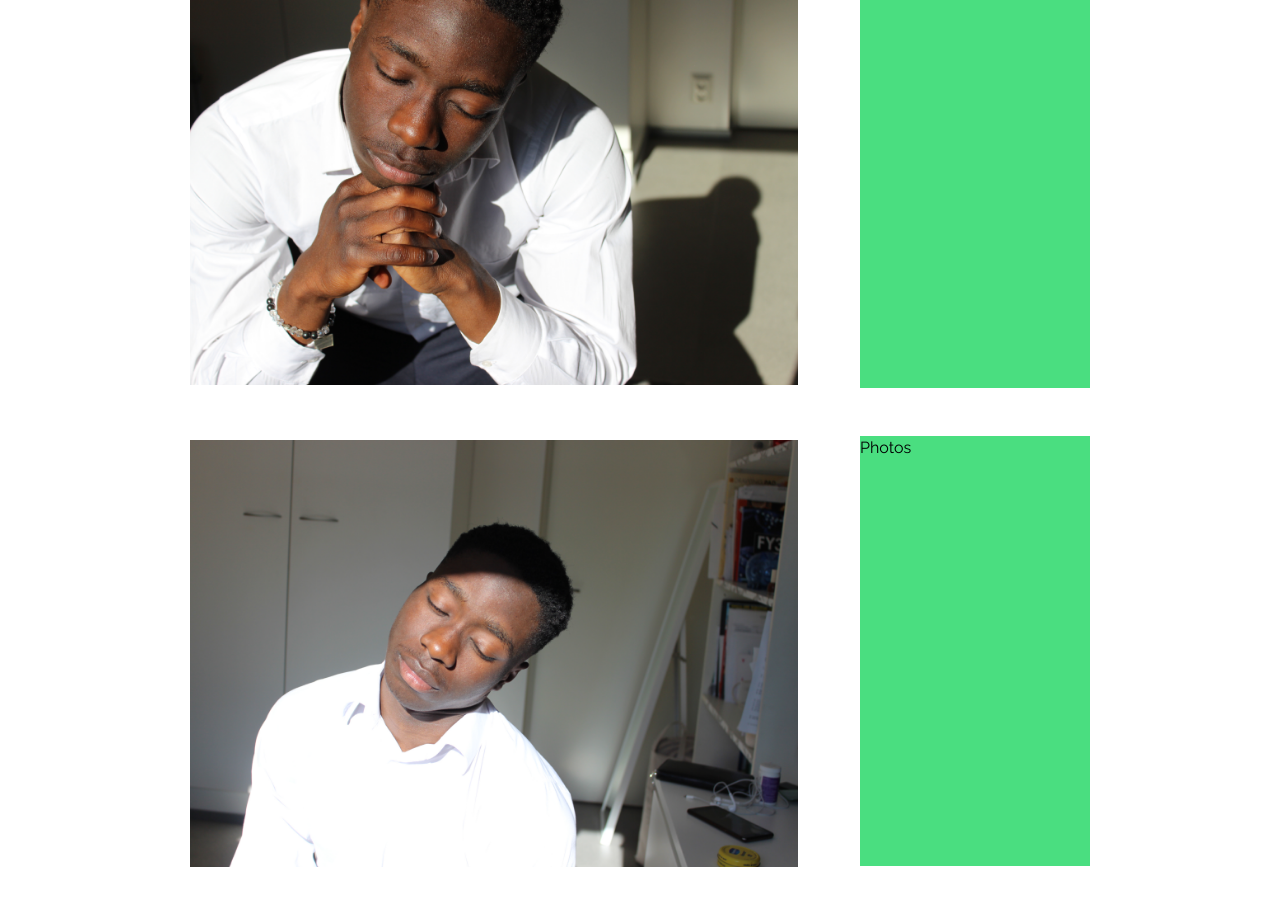
Repository: Graquick/Blog
Page: /photos
An editor plug-in stored every save of this project. The page is shown before and after the next save, followed by the edit.
The browser window is 1280 px wide. The pictures show the whole page.
The project was rebuilt for these pictures with package versions that can differ from the ones it lists, and the page was loaded fresh each time. The framework's server and built-in components were replaced by stand-ins that run in the browser. Also part of the build but not shown: next.config.js, components/Footer.js.

Above is the page before, as saved 2022-07-07 14:20:29.

### pages/_app.js
import React, { useState, useEffect, useRef, useCallback } from 'react';
import { AnimatePresence } from 'framer-motion'
import { ThemeProvider } from 'next-themes'
import { useRouter } from 'next/router'
import '../styles/globals.css'

function MyApp({ Component, pageProps }) {
  const timeoutRef = useRef();

  const clearTimer = useCallback(
    () => clearTimeout(timeoutRef.current),
    []
  );

  // useEffect(() => {
  //   if (timeoutRef.current) clearTimer();

  //   timeoutRef.current = setTimeout(() => {
  //     window.scrollTo(0, 0);
  //   }, 10);

  //   return () => {
  //     clearTimer();
  //   };
  // }, [clearTimer]);

  useEffect(() => {
    window.history.scrollRestoration = 'manual'
  }, []);


  return (
    <AnimatePresence>
      <ThemeProvider attribute="class">
        <Component {...pageProps} />
      </ThemeProvider>
    </AnimatePresence>
  )
}

export default MyApp

### pages/_document.js
import { Html, Head, Main, NextScript } from 'next/document'

export default function Document() {
  return (
    <Html>
      <Head />
      <body style={{ fontFamily: "Raleway, Roboto", scrollBehavior: "smooth" }}>
        <Main />
        <NextScript />
      </body>
    </Html>
  )
}

### pages/photos.js
import React, { useState, useEffect, useRef } from 'react';
import Head from 'next/head';
import Image from 'next/image';
import Link from 'next/link';
import { useRouter } from 'next/router';
import { motion, AnimatePresence } from 'framer-motion';
import { Icon } from '@iconify/react';

import profile from '../public/profile.png'
import photo1 from '../public/photo-1.png'
import photo2 from '../public/photo-2.png'

import Footer from "../components/Footer";
import Header from "../components/Header";

const photos = [
    { id: 1, src: photo1 },
    { id: 2, src: photo2 }
]

const desc = [
    { id: 1, title: 'About', src: photo1, desc: "This blog site is built with Next.js and designed by Figma. This website includes photos and posts related to my work." },
    { id: 2, title: 'Photos', src: photo2, desc: "This blog site is built with Next.js and designed by Figma. This website includes photos and posts related to my work."}
]

const layInfo = {
    fixed: "absolute bottom-[4rem] right-0 m-auto flex flex w-[230px] justify-between"
}

export default function Photos() {
  return (
    <>
      <motion.main className="min-h-screen">
          <div className="absolute top-0 bottom-0 left-0 right-0 m-auto w-fit h-fit">
            <Header />
            <div className="w-[900px] h-fit flex justify-between">
              <div>
                {photos.map((img, i) => (
                  <div key={i} className="mb-12">
                    <Image src={img.src}
                      alt="Img"
                      width={608}
                      height={427}
                      blurDataURL={profile}
                      placeholder="blur"
                      priority
                    />
                  </div>
                ))}
              </div>

              <div>
                {desc.map((desc, i) => (
                  <div key={i} className="w-[230px] h-[430px] bg-green-400 flex flex-col justify-between mb-12">
                    <h1>{desc.title}</h1>
                    <p>{desc.text}</p>
                  </div>
                ))}
              </div>

              {/* <div className="w-[230px] h-full flex flex-col justify-between">
                <h1 className="text-[2.25rem] font-bold leading-10">Brima Freeman</h1>
                <div className="h-[215px] flex flex-col justify-between">
                  <p className="text-[.9rem]">Hey, I&apos;m a Frontend Developer based in Finland. I enjoy working with Next.js and crafting beautiful front-end experiences.
                  </p>
                  <p className="text-[.9rem]">
                  This blog site is built with Next.js and designed by Figma. This website includes photos and posts related to my work.
                  </p>
                </div>
                <Footer />
              </div> */}
            </div>
        </div>
      </motion.main>
    </>
  )
}

### styles/globals.css
@import url('https://fonts.googleapis.com/css2?family=Press+Start+2P&family=Raleway:wght@300;400;500;600;700&family=Roboto:wght@300;400;500;700&display=swap');
@tailwind base;
@tailwind components;
@tailwind utilities;

* {
  box-sizing: border-box;
}

html,
body {
  padding: 0;
  margin: 0;
}

### components/Header.js
import React, { useState, useEffect, useRef } from 'react';
import Head from 'next/head';
import Image from 'next/image';
import Link from 'next/link';
import { useRouter } from 'next/router';
import { motion, AnimatePresence } from 'framer-motion';
import { Icon } from '@iconify/react';

const Logo = () => {
    return (
        <div className="w-fit flex justify-center gap-2 cursor-pointer transition-all duration-150 ease-in-out group">
            <div className="text-[1.5rem] font-bold uppercase bg-black text-white w-16 h-16 flex items-end justify-end py-0 px-1 ease-in-out dark:bg-zinc-500 dark:text-zinc-400">bf</div><div className="text-[1.5rem] flex items-end justify-end font-bold uppercase text-black ease-in-out dark:text-zinc-500">
                blog
            </div>
        </div>
    )
}

const links = [
    { id: 1, title: 'About', href: '/'},
    { id: 2, title: 'Photos', href: '/photos'},
    { id: 3, title: 'Posts', href: '/posts'}
]

function Header() {
    const router = useRouter();
  return (
    <>
        <main className="left-0 m-auto right-0 py-8 w-full mb-8 h-[8rem] flex justify-between items-center">
            <div >
                <Logo />
            </div>

            <nav className="h-fit">
                <ul className="flex w-[230px] justify-between">
                    {links.map((links, i) => (
                        <div key={i}>
                            <li className={router.pathname === links.href ? "underline-offset-4 underline" : ""}>
                                <Link href={links.href}>
                                    {links.title}
                                </Link>
                            </li>
                        </div>
                    ))}
                </ul>
            </nav>
        </main>
    </>
  )
}

export default Header

### tailwind.config.js
module.exports = {
  content: [
    "./pages/**/*.{js,ts,jsx,tsx}",
    "./components/**/*.{js,ts,jsx,tsx}",
  ],
  darkMode: "class", // "false" or "media"
  theme: {
    extend: {

    },
    screens: {
      '2xl': {'max': '1440px'},
      // => @media (max-width: 1440px) { ... }

      'xl': {'max': '1024px'},
      // => @media (max-width: 1024px) { ... }

      'lg': {'max': '768px'},
      // => @media (max-width: 768px) { ... }

      'md': {'max': '425px'},
      // => @media (max-width: 425px) { ... }

      'sm': {'max': '375px'},
      // => @media (max-width: 375px) { ... }

      'xs': {'max': '320px'},
      // => @media (max-width: 320px) { ... }
    },
    fontFamily: {
      'raleway': "Raleway, sans-serif",
      'roboto': "Roboto, sans-serif",
      'play': "Press\\ Start\\ 2P, cursive"
    }
  },
  plugins: [require('@tailwindcss/forms')],
}

After the next save:
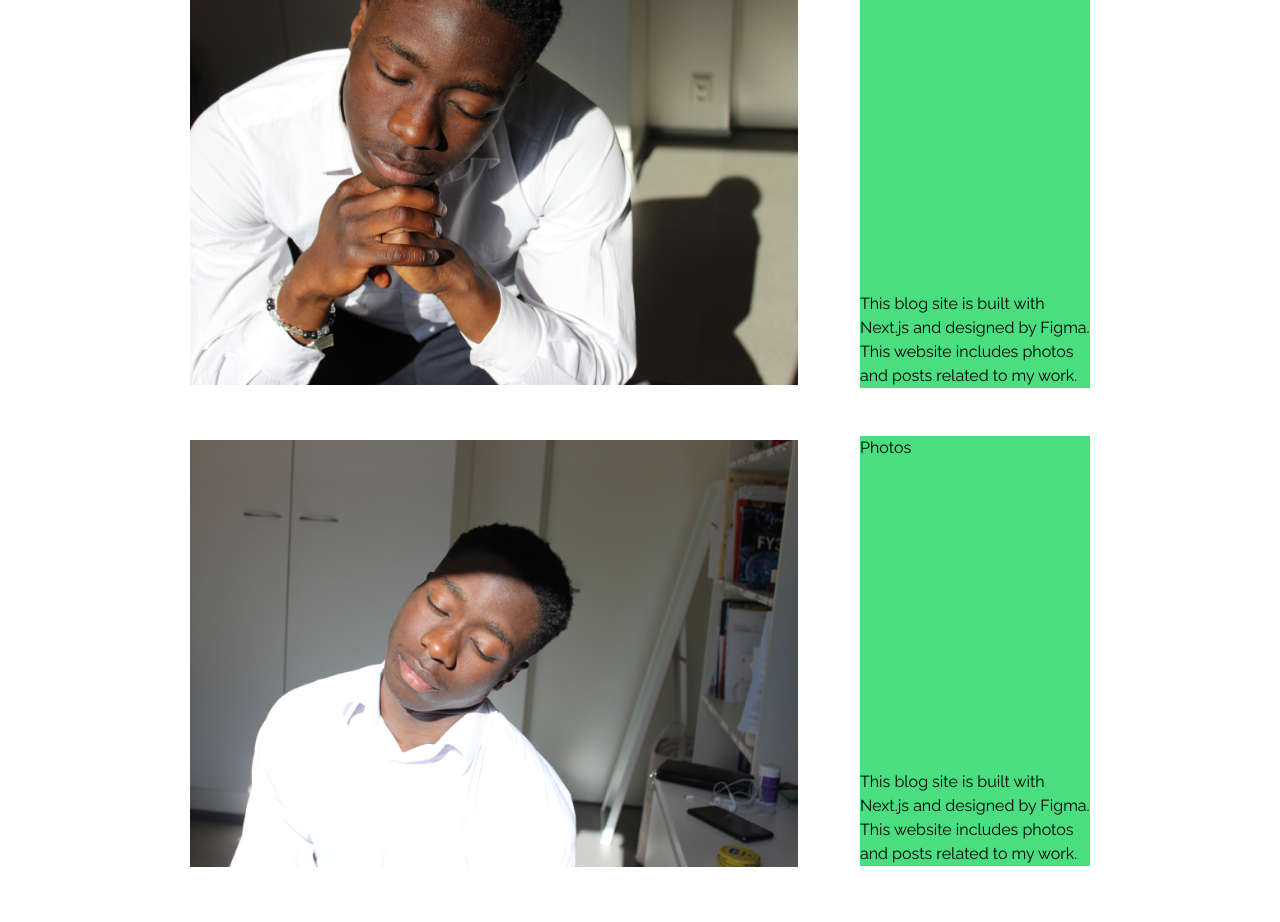
Saved 7 s later.
--- a/pages/photos.js
+++ b/pages/photos.js
@@ -19,8 +19,8 @@ const photos = [
 ]
 
 const desc = [
-    { id: 1, title: 'About', src: photo1, desc: "This blog site is built with Next.js and designed by Figma. This website includes photos and posts related to my work." },
-    { id: 2, title: 'Photos', src: photo2, desc: "This blog site is built with Next.js and designed by Figma. This website includes photos and posts related to my work."}
+    { id: 1, title: 'About', src: photo1, text: "This blog site is built with Next.js and designed by Figma. This website includes photos and posts related to my work." },
+    { id: 2, title: 'Photos', src: photo2, text: "This blog site is built with Next.js and designed by Figma. This website includes photos and posts related to my work."}
 ]
 
 const layInfo = {
